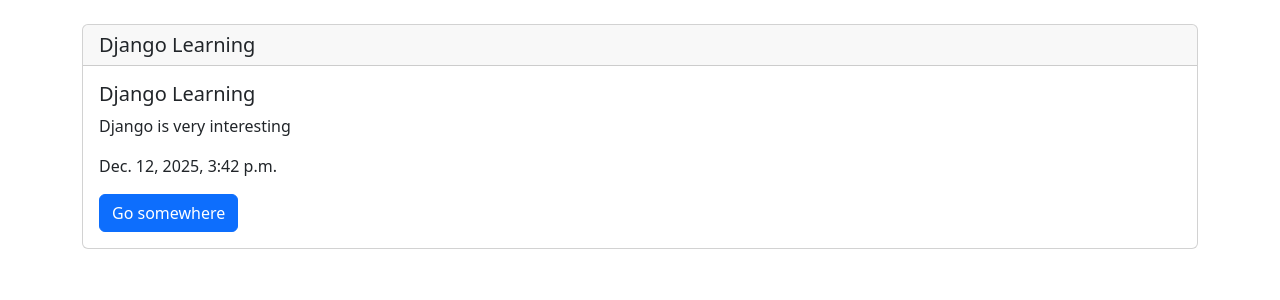
Repository: Mbote-Joseph/Django-Recap
Page: http://localhost/notes/1
An editor plug-in stored every save of this project. The page is shown before and after the next save, followed by the edit.
The browser window is 1280 px wide. The pictures show the whole page.
The page is served by the project's application, run on Django 5.2 (manage.py). The page reads the database file committed with the project.

Above is the page before, as saved 2025-12-13 14:49:06.

After the next save:
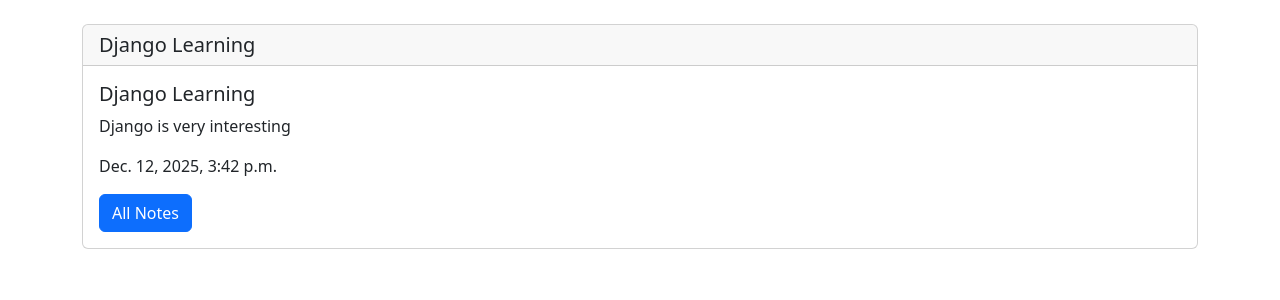
Saved 25 s later.
--- a/smartnotes/notes/templates/notes/note_detail.html
+++ b/smartnotes/notes/templates/notes/note_detail.html
@@ -8,7 +8,7 @@
                     <h5 class="card-title">{{note.title}} </h5>
                     <p class="card-text">{{note.text}} </p>
                     <p class="card-text">{{note.created}} </p>
-                    <a href="/notes/{{note.pk}}" class="btn btn-primary">Go somewhere</a>
+                    <a href="/notes" class="btn btn-primary">All Notes</a>
                 </div>
             </div>
     </div>
